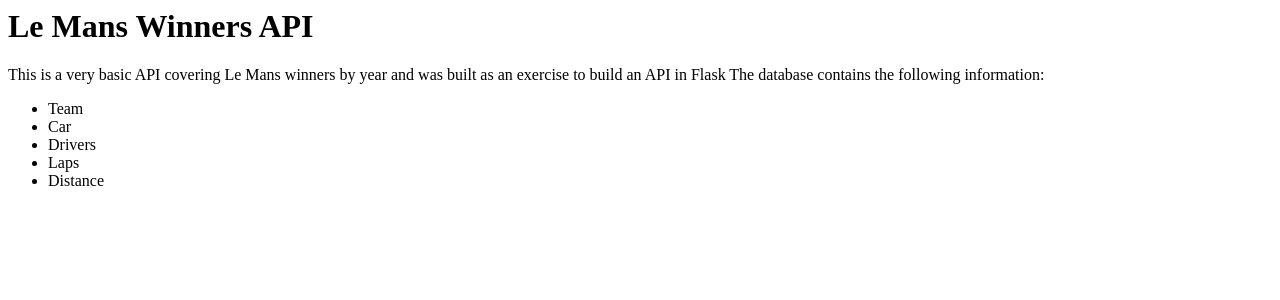
Repository: tidders2000/api_example
Page: http://localhost/
The author's editor kept a record of every edit. The page is drawn from the files as they stood at one moment, then again after the next edit.
The browser window is 1280 px wide. The pictures show the whole page.
The page is served by the project's application, run on Flask 3 (app.py).

Above is the page before.

After the next edit:
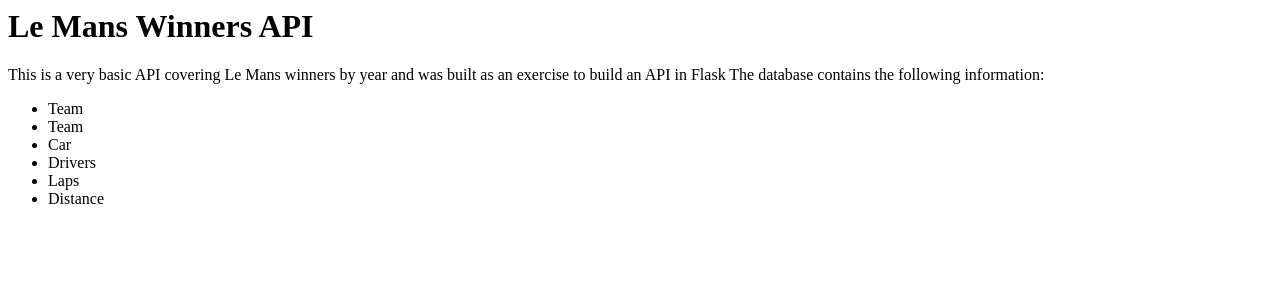
The edit:
--- a/templates/winners.html
+++ b/templates/winners.html
@@ -6,6 +6,7 @@
         This is a very basic API covering Le Mans winners by year and was built as an exercise to build an API in Flask
         The database contains the following information:
             <ul>
+                <li>Team</li>
                 <li>Team</li>
                 <li>Car</li>
                 <li>Drivers</li>
